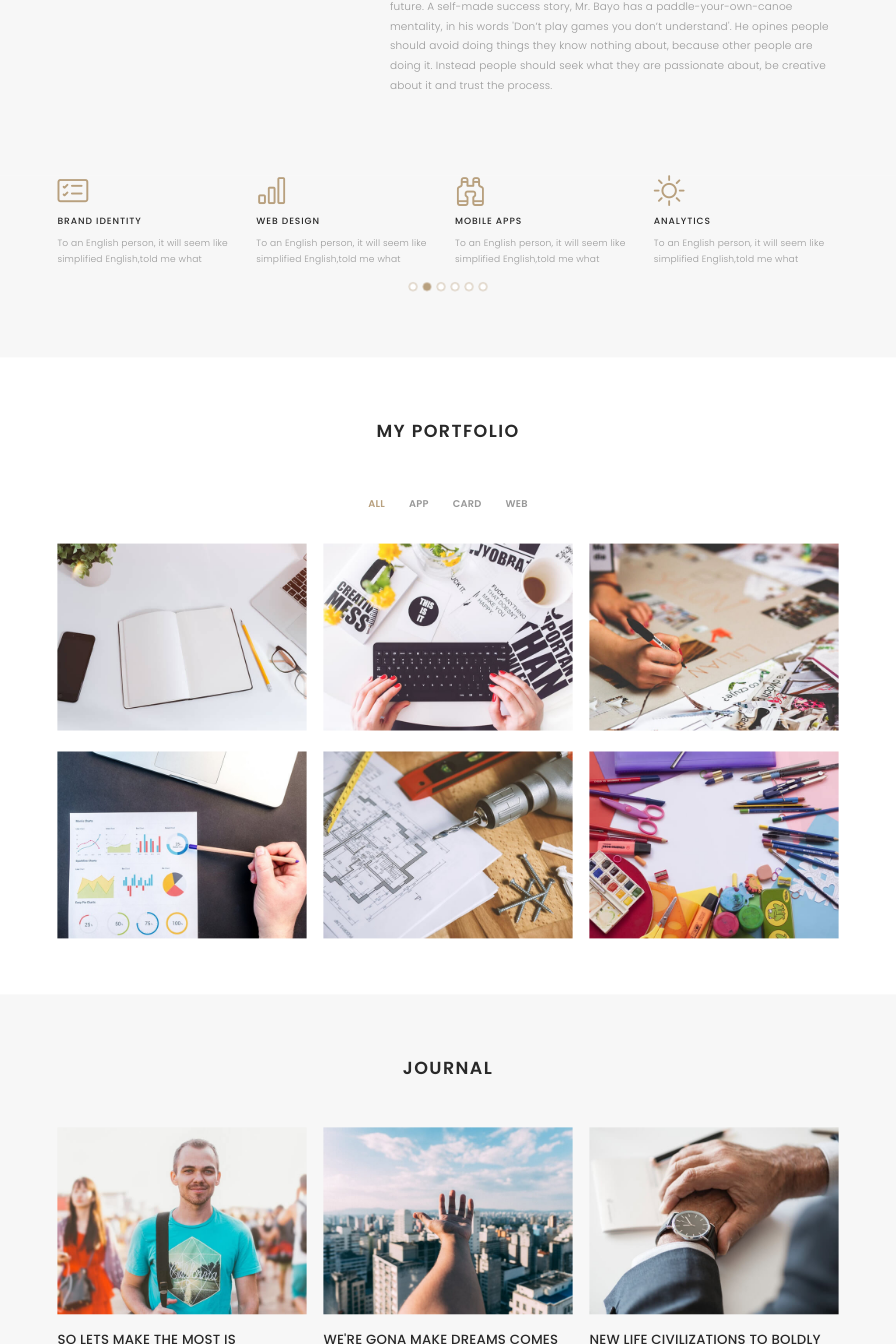
Repository: muhammedctgr/MrBayoA1
Page: index.html
The author's editor kept a copy of each file at every save. The page is drawn from the files as they stood at one save, then again after the next save.
The browser window is 1280 px wide. The pictures show the part of the page from y = 1312 to 3232 px (the page is 4190 px tall before and 3930 px after), at 70% of full size.
Some web fonts or font styles are not loaded; a fallback is used.

Above is the page before, as saved 2022-10-17 23:32:27.

### index.html
<!DOCTYPE html>
<html lang="en">

<head>
  <meta charset="utf-8">
  <meta content="width=device-width, initial-scale=1.0" name="viewport">

  <title>Mr Bayo A1</title>
  <meta content="" name="description">
  <meta content="" name="keywords">

  <link rel="apple-touch-icon" sizes="180x180" href="/apple-touch-icon.png">
  <link rel="icon" type="image/png" sizes="32x32" href="/favicon-32x32.png">
  <link rel="icon" type="image/png" sizes="16x16" href="/favicon-16x16.png">
  <link rel="manifest" href="/site.webmanifest">

  <link rel="preconnect" href="https://fonts.googleapis.com">
  <link rel="preconnect" href="https://fonts.gstatic.com" crossorigin>
  <link href="https://fonts.googleapis.com/css2?family=Racing+Sans+One&display=swap" rel="stylesheet">

  <!-- Favicons -->
  <link href="assets/img/favicon.png" rel="icon">
  <link href="assets/img/apple-touch-icon.png" rel="apple-touch-icon">

  <!-- Google Fonts -->
  <link href="https://fonts.googleapis.com/css?family=Poppins:300,300i,400,400i,500,500i,600,600i,700,700i|Playfair+Display:400,400i,500,500i,600,600i,700,700i,900,900i" rel="stylesheet">

  <!-- Vendor CSS Files -->
  <link href="assets/vendor/bootstrap/css/bootstrap.min.css" rel="stylesheet">
  <link href="assets/vendor/bootstrap-icons/bootstrap-icons.css" rel="stylesheet">
  <link href="assets/vendor/boxicons/css/boxicons.min.css" rel="stylesheet">
  <link href="assets/vendor/glightbox/css/glightbox.min.css" rel="stylesheet">
  <link href="assets/vendor/swiper/swiper-bundle.min.css" rel="stylesheet">

  <!-- Template Main CSS File -->
  <link href="assets/css/style.css" rel="stylesheet">

</head>

<body>

  <!-- ======= Header ======= -->
  <header id="header" class="fixed-top ">
    <div class="container d-flex align-items-center justify-content-between">

      <!--<a href="index.html" class="logo"><img src="assets/img/logo.png" alt="" class="img-fluid"></a>-->
      <!-- Uncomment below if you prefer to use an text logo -->
      <h1 class="" style="font-family: 'Racing Sans One', cursive; background-color: #b8a07e; opacity: 0.7;"><a href="index.html">Mr Bayo</a></h1>

      <nav id="navbar" class="navbar">
        <ul>
          <li><a class="nav-link scrollto active" href="#hero">Home</a></li>
          <li><a class="nav-link scrollto" href="#about">About</a></li>
          <!--<li><a class="nav-link  scrollto" href="#portfolio">Portfolio</a></li>-->
          <li><a class="nav-link  scrollto" href="#journal">Blog</a></li>
          <!--<li class="dropdown"><a href="#"><span>Drop Down</span> <i class="bi bi-chevron-down"></i></a>
            <ul>
              <li><a href="#">Drop Down 1</a></li>
              <li class="dropdown"><a href="#"><span>Deep Drop Down</span> <i class="bi bi-chevron-right"></i></a>
                <ul>
                  <li><a href="#">Deep Drop Down 1</a></li>
                  <li><a href="#">Deep Drop Down 2</a></li>
                  <li><a href="#">Deep Drop Down 3</a></li>
                  <li><a href="#">Deep Drop Down 4</a></li>
                  <li><a href="#">Deep Drop Down 5</a></li>
                </ul>
              </li>
              <li><a href="#">Drop Down 2</a></li>
              <li><a href="#">Drop Down 3</a></li>
              <li><a href="#">Drop Down 4</a></li>
            </ul>
          </li>-->
          <li><a class="nav-link scrollto" href="#contact">Contact</a></li>
        </ul>
        <i class="bi bi-list mobile-nav-toggle"></i>
      </nav><!-- .navbar -->

    </div>
  </header><!-- End Header -->

  <!-- ======= Hero Section ======= -->
  <div id="hero" class="home">

    <div class="container">
      <div class="hero-content">
        <h1><span class="typed" data-typed-items="Akinde Gbenga Bayo, Entrepreneur, Social Media Influencer, Serial Winner."></span></h1>
      </div>
    </div>
  </div><!-- End Hero -->

  <main id="main">

    <!-- ======= About Section ======= -->
    <div id="about" class="paddsection">
      <div class="container">
        <div class="row justify-content-between">

          <div class="col-lg-4 ">
            <div class="div-img-bg">
              <div class="about-img">
                <img src="https://i.postimg.cc/W4LmL6sG/2-1.jpg" class="img-responsive" alt="me">
              </div>
            </div>
          </div>

          <div class="col-lg-7">
            <div class="about-descr">
              <p class="p-heading">Akinde Gbenga Bayo, notably known as Mr. Bayo, is one of the successful entrepreneurs and influencers making their mark in the industry.
               Mr. Bayo is an experienced social media influencer from Lagos, Nigeria. His extensive network & experience in the sporting world rate him as one of the top
               influencers with a massive social media following.
              </p>
              <p class="separator">Mr. Bayo presently enjoys a whooping loyal audience of 640k+ followers on Twitter.
                His all-round excellent sports knowledge makes him one of the cremes in sports punditry.
              </p>
              <p>
                As a serial entrepreneur, He is the Co-founder of Thruways Reality, a real estate company in situated in Lagos. His grit to always bring his A1 mentality has seen
                him swiftly gain a solid market understanding, paving the way for more success in the future.
                A self-made success story, Mr. Bayo has a paddle-your-own-canoe mentality, in his words 'Don’t play games you don’t understand'.
                He opines people should avoid doing things they know nothing about, because other people are doing it. Instead people should seek what they are passionate about,
                be creative about it and trust the process.
              </p>
            </div>

          </div>
        </div>
      </div>
    </div><!-- End About Section -->

    <!-- ======= Services Section ======= -->
    <div id="services">
      <div class="container">

        <div class="services-slider swiper" data-aos="fade-up" data-aos-delay="100">
          <div class="swiper-wrapper">

            <div class="swiper-slide">
              <div class="services-block">
                <i class="bi bi-briefcase"></i>
                <span>UI/UX DESIGN</span>
                <p class="separator">To an English person, it will seem like simplified English,told me what </p>
              </div>
            </div><!-- End testimonial item -->

            <div class="swiper-slide">
              <div class="services-block">
                <i class="bi bi-card-checklist"></i>
                <span>BRAND IDENTITY</span>
                <p class="separator">To an English person, it will seem like simplified English,told me what </p>
              </div>
            </div><!-- End testimonial item -->

            <div class="swiper-slide">
              <div class="services-block">
                <i class="bi bi-bar-chart"></i>
                <span>WEB DESIGN</span>
                <p class="separator">To an English person, it will seem like simplified English,told me what </p>
              </div>
            </div><!-- End testimonial item -->

            <div class="swiper-slide">
              <div class="services-block">
                <i class="bi bi-binoculars"></i>
                <span>MOBILE APPS</span>
                <p class="separator">To an English person, it will seem like simplified English,told me what </p>
              </div>
            </div><!-- End testimonial item -->

            <div class="swiper-slide">
              <div class="services-block">
                <i class="bi bi-brightness-high"></i>
                <span>Analytics</span>
                <p class="separator">To an English person, it will seem like simplified English,told me what </p>
              </div>
            </div><!-- End testimonial item -->

            <div class="swiper-slide">
              <div class="services-block">
                <i class="bi bi-calendar4-week"></i>
                <span>PHOTOGRAPHY</span>
                <p class="separator">To an English person, it will seem like simplified English,told me what </p>
              </div>
            </div><!-- End testimonial item -->

          </div>
          <div class="swiper-pagination"></div>
        </div>

      </div>

    </div><!-- End Services Section -->

    <!-- ======= Portfolio Section ======= -->
    <div id="portfolio" class="paddsection">

      <div class="container">
        <div class="section-title text-center">
          <h2>My Portfolio</h2>
        </div>
      </div>

      <div class="container">

        <div class="row">
          <div class="col-lg-12 d-flex justify-content-center">
            <ul id="portfolio-flters">
              <li data-filter="*" class="filter-active">All</li>
              <li data-filter=".filter-app">App</li>
              <li data-filter=".filter-card">Card</li>
              <li data-filter=".filter-web">Web</li>
            </ul>
          </div>
        </div>

        <div class="row portfolio-container">

          <div class="col-lg-4 col-md-6 portfolio-item filter-app">
            <img src="assets/img/portfolio/portfolio-1.jpg" class="img-fluid" alt="">
            <div class="portfolio-info">
              <h4>App 1</h4>
              <p>App</p>
              <a href="assets/img/portfolio/portfolio-1.jpg" data-gallery="portfolioGallery" class="portfolio-lightbox preview-link" title="App 1"><i class="bx bx-plus"></i></a>
              <a href="portfolio-details.html" class="details-link" title="More Details"><i class="bx bx-link"></i></a>
            </div>
          </div>

          <div class="col-lg-4 col-md-6 portfolio-item filter-web">
            <img src="assets/img/portfolio/portfolio-2.jpg" class="img-fluid" alt="">
            <div class="portfolio-info">
              <h4>Web 3</h4>
              <p>Web</p>
              <a href="assets/img/portfolio/portfolio-2.jpg" data-gallery="portfolioGallery" class="portfolio-lightbox preview-link" title="Web 3"><i class="bx bx-plus"></i></a>
              <a href="portfolio-details.html" class="details-link" title="More Details"><i class="bx bx-link"></i></a>
            </div>
          </div>

          <div class="col-lg-4 col-md-6 portfolio-item filter-app">
            <img src="assets/img/portfolio/portfolio-3.jpg" class="img-fluid" alt="">
            <div class="portfolio-info">
              <h4>App 2</h4>
              <p>App</p>
              <a href="assets/img/portfolio/portfolio-3.jpg" data-gallery="portfolioGallery" class="portfolio-lightbox preview-link" title="App 2"><i class="bx bx-plus"></i></a>
              <a href="portfolio-details.html" class="details-link" title="More Details"><i class="bx bx-link"></i></a>
            </div>
          </div>

          <div class="col-lg-4 col-md-6 portfolio-item filter-card">
            <img src="assets/img/portfolio/portfolio-4.jpg" class="img-fluid" alt="">
            <div class="portfolio-info">
              <h4>Card 2</h4>
              <p>Card</p>
              <a href="assets/img/portfolio/portfolio-4.jpg" data-gallery="portfolioGallery" class="portfolio-lightbox preview-link" title="Card 2"><i class="bx bx-plus"></i></a>
              <a href="portfolio-details.html" class="details-link" title="More Details"><i class="bx bx-link"></i></a>
            </div>
          </div>

          <div class="col-lg-4 col-md-6 portfolio-item filter-web">
            <img src="assets/img/portfolio/portfolio-5.jpg" class="img-fluid" alt="">
            <div class="portfolio-info">
              <h4>Web 2</h4>
              <p>Web</p>
              <a href="assets/img/portfolio/portfolio-5.jpg" data-gallery="portfolioGallery" class="portfolio-lightbox preview-link" title="Web 2"><i class="bx bx-plus"></i></a>
              <a href="portfolio-details.html" class="details-link" title="More Details"><i class="bx bx-link"></i></a>
            </div>
          </div>

          <div class="col-lg-4 col-md-6 portfolio-item filter-app">
            <img src="assets/img/portfolio/portfolio-6.jpg" class="img-fluid" alt="">
            <div class="portfolio-info">
              <h4>App 3</h4>
              <p>App</p>
              <a href="assets/img/portfolio/portfolio-6.jpg" data-gallery="portfolioGallery" class="portfolio-lightbox preview-link" title="App 3"><i class="bx bx-plus"></i></a>
              <a href="portfolio-details.html" class="details-link" title="More Details"><i class="bx bx-link"></i></a>
            </div>
          </div>

        </div>

      </div>

    </div><!-- End Portfolio Section -->

    <!-- ======= Journal Section ======= -->
    <div id="journal" class="text-left paddsection">

      <div class="container">
        <div class="section-title text-center">
          <h2>journal</h2>
        </div>
      </div>

      <div class="container">
        <div class="journal-block">
          <div class="row">

            <div class="col-lg-4 col-md-6">
              <div class="journal-info">

                <a href="blog-single.html"><img src="assets/img/blog-post-1.jpg" class="img-responsive" alt="img"></a>

                <div class="journal-txt">

                  <h4><a href="blog-single.html">SO LETS MAKE THE MOST IS BEAUTIFUL</a></h4>
                  <p class="separator">To an English person, it will seem like simplified English
                  </p>

                </div>

              </div>
            </div>

            <div class="col-lg-4 col-md-6">
              <div class="journal-info">

                <a href="blog-single.html"><img src="assets/img/blog-post-2.jpg" class="img-responsive" alt="img"></a>

                <div class="journal-txt">

                  <h4><a href="blog-single.html">WE'RE GONA MAKE DREAMS COMES</a></h4>
                  <p class="separator">To an English person, it will seem like simplified English
                  </p>

                </div>

              </div>
            </div>

            <div class="col-lg-4 col-md-6">
              <div class="journal-info">

                <a href="blog-single.html"><img src="assets/img/blog-post-3.jpg" class="img-responsive" alt="img"></a>

                <div class="journal-txt">

                  <h4><a href="blog-single.html">NEW LIFE CIVILIZATIONS TO BOLDLY</a></h4>
                  <p class="separator">To an English person, it will seem like simplified English
                  </p>

                </div>

              </div>
            </div>

          </div>
        </div>
      </div>

    </div><!-- End Journal Section -->

    <!-- ======= Contact Section ======= -->
    <div id="contact" class="paddsection">
      <div class="container">
        <div class="contact-block1">
          <div class="row">

            <div class="col-lg-6">
              <div class="contact-contact">

                <h2 class="mb-30">GET IN TOUCH</h2>

                <ul class="contact-details">
                  <li><span>23 Main, Street</span></li>
                  <li><span>New York, United States</span></li>
                  <li><span>+88 01912704287</span></li>
                  <li><span>example@example.com</span></li>
                </ul>

              </div>
            </div>

            <div class="col-lg-6">
              <form action="forms/contact.php" method="post" role="form" class="php-email-form">
                <div class="row gy-3">

                  <div class="col-lg-6">
                    <div class="form-group contact-block1">
                      <input type="text" name="name" class="form-control" id="name" placeholder="Your Name" required>
                    </div>
                  </div>

                  <div class="col-lg-6">
                    <div class="form-group">
                      <input type="email" class="form-control" name="email" id="email" placeholder="Your Email" required>
                    </div>
                  </div>

                  <div class="col-lg-12">
                    <div class="form-group">
                      <input type="text" class="form-control" name="subject" id="subject" placeholder="Subject" required>
                    </div>
                  </div>

                  <div class="col-lg-12">
                    <div class="form-group">
                      <textarea class="form-control" name="message" placeholder="Message" required></textarea>
                    </div>
                  </div>

                  <div class="col-lg-12">
                    <div class="loading">Loading</div>
                    <div class="error-message"></div>
                    <div class="sent-message">Your message has been sent. Thank you!</div>
                  </div>

                  <div class="mt-0">
                    <input type="submit" class="btn btn-defeault btn-send" value="Send message">
                  </div>

                </div>
              </form>
            </div>
          </div>
        </div>
      </div>
    </div><!-- End Contact Section -->

  </main><!-- End #main -->

  <!-- ======= Footer ======= -->
  <div id="footer" class="text-center">
    <div class="container">
      <div class="socials-media text-center">

        <ul class="list-unstyled">
          <li><a href="#"><i class="bi bi-facebook"></i></a></li>
          <li><a href="#"><i class="bi bi-twitter"></i></a></li>
          <li><a href="#"><i class="bi bi-instagram"></i></a></li>
          <li><a href="#"><i class="bi bi-linkedin"></i></a></li>
        </ul>

      </div>

      <p>&copy; Copyrights Folio. All rights reserved.</p>

      <div class="credits">
        <!--
        All the links in the footer should remain intact.
        You can delete the links only if you purchased the pro version.
        Licensing information: https://bootstrapmade.com/license/
        Purchase the pro version with working PHP/AJAX contact form: https://bootstrapmade.com/buy/?theme=Folio
      -->
        Designed by <a href="https://bootstrapmade.com/">BootstrapMade</a>
      </div>

    </div>
  </div><!-- End Footer -->

  <a href="#" class="back-to-top d-flex align-items-center justify-content-center"><i class="bi bi-arrow-up-short"></i></a>

  <!-- Vendor JS Files -->
  <script src="assets/vendor/bootstrap/js/bootstrap.bundle.min.js"></script>
  <script src="assets/vendor/glightbox/js/glightbox.min.js"></script>
  <script src="assets/vendor/isotope-layout/isotope.pkgd.min.js"></script>
  <script src="assets/vendor/swiper/swiper-bundle.min.js"></script>
  <script src="assets/vendor/typed.js/typed.min.js"></script>
  <script src="assets/vendor/php-email-form/validate.js"></script>

  <!-- Template Main JS File -->
  <script src="assets/js/main.js"></script>

</body>

</html>

Loaded but not shown: assets/vendor/bootstrap/css/bootstrap.min.css (library); assets/vendor/bootstrap-icons/bootstrap-icons.css (library); assets/vendor/boxicons/css/boxicons.min.css (library); assets/vendor/glightbox/css/glightbox.min.css (library); assets/vendor/swiper/swiper-bundle.min.css (library); assets/vendor/bootstrap/js/bootstrap.bundle.min.js (library); assets/vendor/glightbox/js/glightbox.min.js (library); assets/vendor/isotope-layout/isotope.pkgd.min.js (library); assets/vendor/swiper/swiper-bundle.min.js (library); assets/vendor/typed.js/typed.min.js (library); assets/vendor/php-email-form/validate.js (common file); assets/js/main.js (262 lines, source omitted); assets/css/style.css (1549 lines, source omitted)

After the next save:
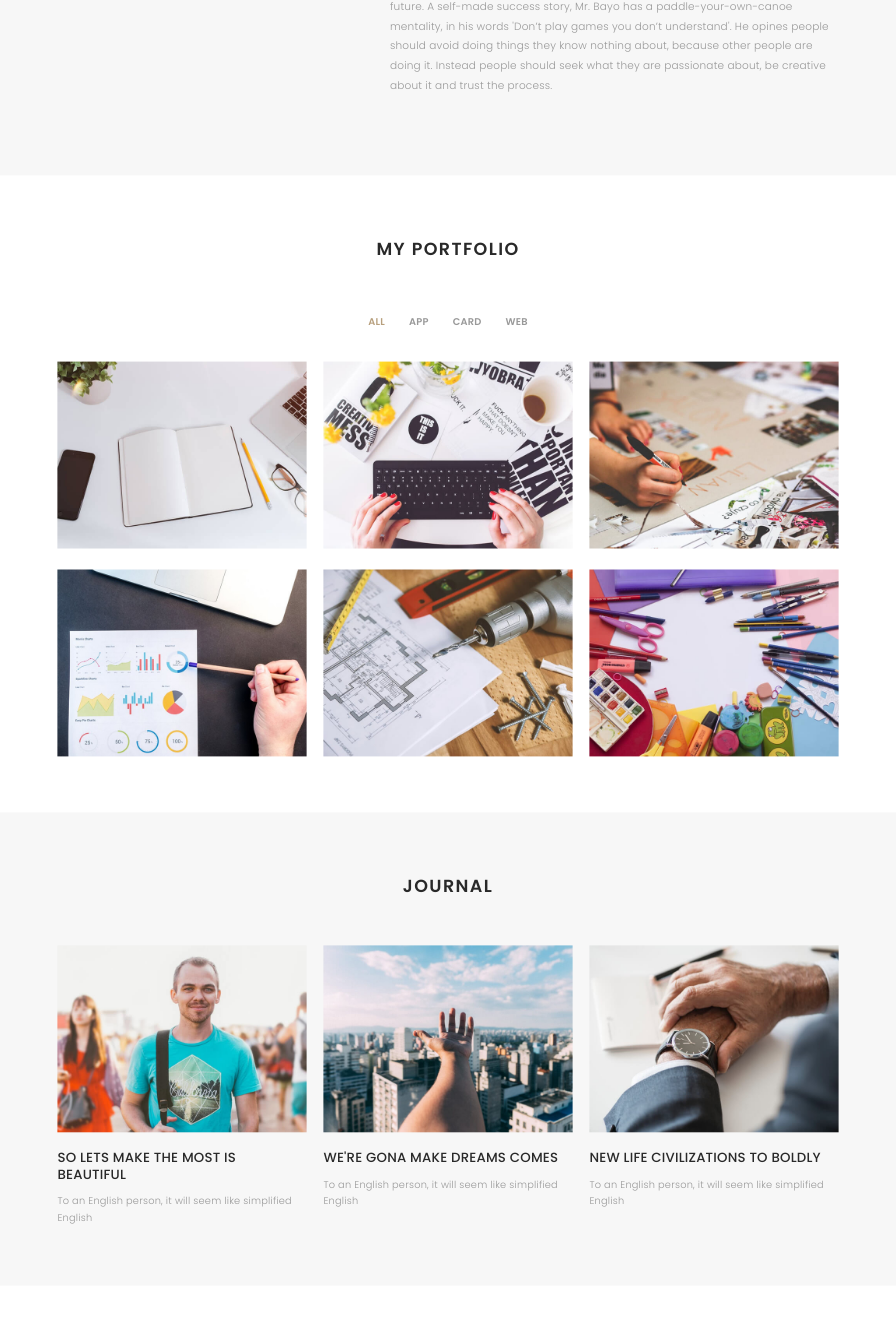
Saved 81 s later.
--- a/index.html
+++ b/index.html
@@ -126,69 +126,6 @@
       </div>
     </div><!-- End About Section -->
 
-    <!-- ======= Services Section ======= -->
-    <div id="services">
-      <div class="container">
-
-        <div class="services-slider swiper" data-aos="fade-up" data-aos-delay="100">
-          <div class="swiper-wrapper">
-
-            <div class="swiper-slide">
-              <div class="services-block">
-                <i class="bi bi-briefcase"></i>
-                <span>UI/UX DESIGN</span>
-                <p class="separator">To an English person, it will seem like simplified English,told me what </p>
-              </div>
-            </div><!-- End testimonial item -->
-
-            <div class="swiper-slide">
-              <div class="services-block">
-                <i class="bi bi-card-checklist"></i>
-                <span>BRAND IDENTITY</span>
-                <p class="separator">To an English person, it will seem like simplified English,told me what </p>
-              </div>
-            </div><!-- End testimonial item -->
-
-            <div class="swiper-slide">
-              <div class="services-block">
-                <i class="bi bi-bar-chart"></i>
-                <span>WEB DESIGN</span>
-                <p class="separator">To an English person, it will seem like simplified English,told me what </p>
-              </div>
-            </div><!-- End testimonial item -->
-
-            <div class="swiper-slide">
-              <div class="services-block">
-                <i class="bi bi-binoculars"></i>
-                <span>MOBILE APPS</span>
-                <p class="separator">To an English person, it will seem like simplified English,told me what </p>
-              </div>
-            </div><!-- End testimonial item -->
-
-            <div class="swiper-slide">
-              <div class="services-block">
-                <i class="bi bi-brightness-high"></i>
-                <span>Analytics</span>
-                <p class="separator">To an English person, it will seem like simplified English,told me what </p>
-              </div>
-            </div><!-- End testimonial item -->
-
-            <div class="swiper-slide">
-              <div class="services-block">
-                <i class="bi bi-calendar4-week"></i>
-                <span>PHOTOGRAPHY</span>
-                <p class="separator">To an English person, it will seem like simplified English,told me what </p>
-              </div>
-            </div><!-- End testimonial item -->
-
-          </div>
-          <div class="swiper-pagination"></div>
-        </div>
-
-      </div>
-
-    </div><!-- End Services Section -->
-
     <!-- ======= Portfolio Section ======= -->
     <div id="portfolio" class="paddsection">
 
